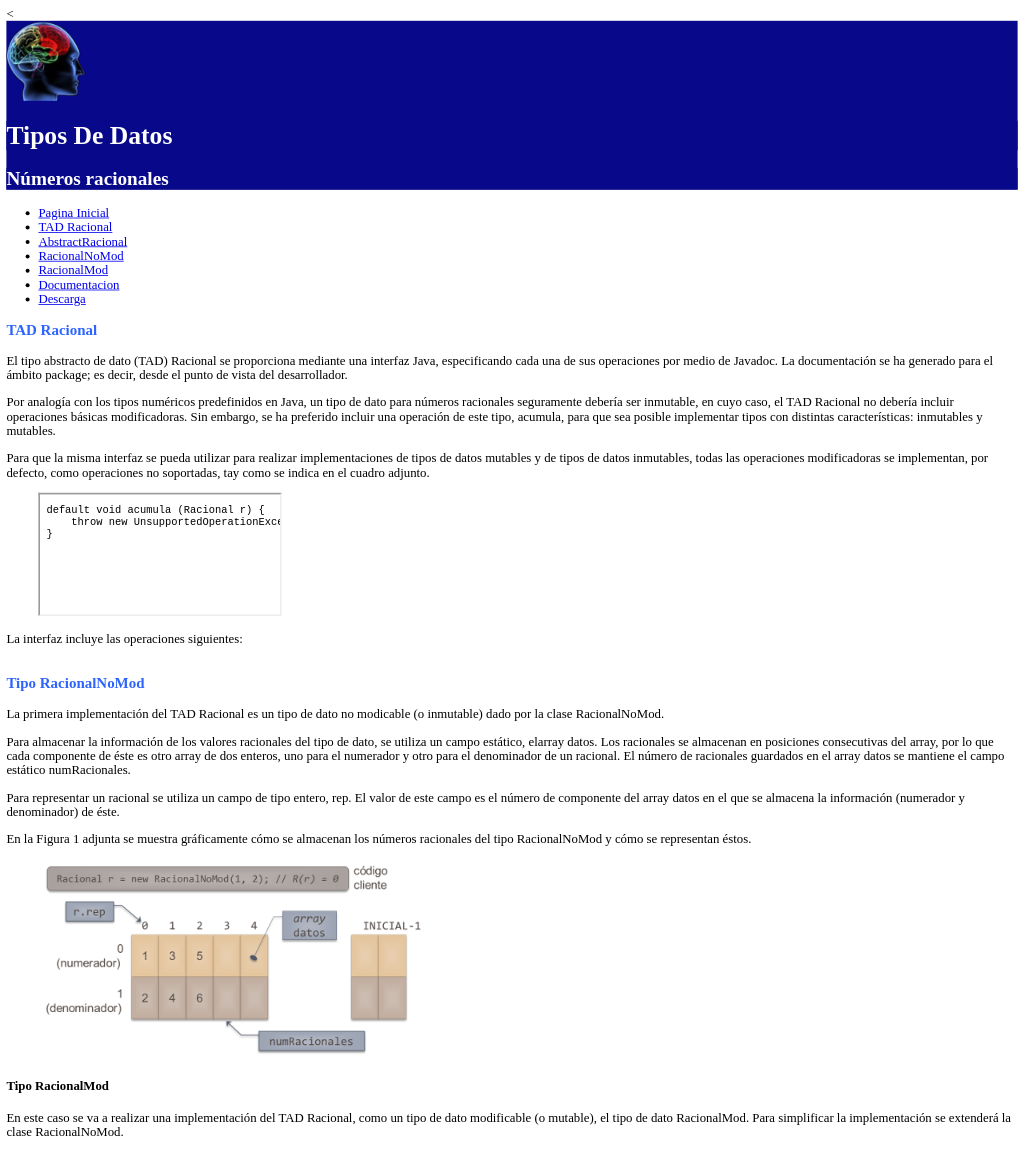
Repository: dgsama/Curso17
Page: SEW/WorkSpace/Practica02/html/index.html
An editor plug-in stored every save of this project. The page is shown before and after the next save, followed by the edit.
The browser window is 1280 px wide. The pictures show the whole page, at 80% of full size.

Above is the page before, as saved 2016-10-05 10:39:43.

### SEW/WorkSpace/Practica02/html/index.html
<!DOCTYPE html>
<html lang="es">
<head>
<meta http-equiv="Content-Type" content="text/html; charset=utf8">
<<link rel="stylesheet" type="text/css" href="css/estDatos.css">

<title>Tipo de Datos</title>
</head>
<body>
    <header>
        <img src="..\logo.png"> </img>
        <h1>Tipos De Datos</h1>
        <h2>Números racionales</h2>
    </header>

    <nav>
        <ul>
            <li><a href="index.html">Pagina Inicial</a></li>
            <li><a href="Racional.html">TAD Racional</a></li>
            <li><a href="AbstractRacional.html">AbstractRacional</a></li>
            <li><a href="RacionalNoMod.html">RacionalNoMod</a></li>
            <li><a href="RacionalMod.html">RacionalMod</a></li>
            <li><a href="Documentacion.html">Documentacion</a></li>
            <li><a href="Racionales.zip">Descarga</a></li>
        </ul>
    </nav>

    <section>
        <h3>TAD Racional</h3>
        <p>El tipo abstracto de dato (TAD) Racional se proporciona
            mediante una interfaz Java, especificando cada una de sus
            operaciones por medio de Javadoc. La documentación se ha
            generado para el ámbito package; es decir, desde el punto de
            vista del desarrollador.</p>
        <p>Por analogía con los tipos numéricos predefinidos en
            Java, un tipo de dato para números racionales seguramente
            debería ser inmutable, en cuyo caso, el TAD Racional no
            debería incluir operaciones básicas modificadoras. Sin
            embargo, se ha preferido incluir una operación de este tipo,
            acumula, para que sea posible implementar tipos con
            distintas características: inmutables y mutables.</p>
        <P>Para que la misma interfaz se pueda utilizar para
            realizar implementaciones de tipos de datos mutables y de
            tipos de datos inmutables, todas las operaciones
            modificadoras se implementan, por defecto, como operaciones
            no soportadas, tay como se indica en el cuadro adjunto.</p>

        <figure>
            <iframe src="..\noSoportado.html"> </iframe>
        </figure>

        <p>La interfaz incluye las operaciones siguientes:</p>
        <figure>
            <table>
            </table>
        </figure>

        <h3>Tipo RacionalNoMod</h3>
        <p>La primera implementación del TAD Racional es un tipo de
            dato no modicable (o inmutable) dado por la clase
            RacionalNoMod.</p>
        <p>Para almacenar la información de los valores racionales
            del tipo de dato, se utiliza un campo estático, elarray
            datos. Los racionales se almacenan en posiciones
            consecutivas del array, por lo que cada componente de éste
            es otro array de dos enteros, uno para el numerador y otro
            para el denominador de un racional. El número de racionales
            guardados en el array datos se mantiene el campo estático
            numRacionales.</p>
        <p>Para representar un racional se utiliza un campo de tipo
            entero, rep. El valor de este campo es el número de
            componente del array datos en el que se almacena la
            información (numerador y denominador) de éste.</p>
        <p>En la Figura 1 adjunta se muestra gráficamente cómo se
            almacenan los números racionales del tipo RacionalNoMod y
            cómo se representan éstos.</p>
        <figure>
            <img src="..\areaDatos.png">
        </figure>

        <h4>Tipo RacionalMod</h4>
        <p>En este caso se va a realizar una implementación del TAD
            Racional, como un tipo de dato modificable (o mutable), el
            tipo de dato RacionalMod. Para simplificar la implementación
            se extenderá la clase RacionalNoMod.</p>
    </section>


</body>

</html>

### SEW/WorkSpace/Practica02/html/css/estDatos.css
@charset "UTF-8";

#code iframe {
    width: 100%;
    height: 650px;
}

header {
    background-color: #08088A;
}

h1 {
    color: white;
    background-color: #08088A;
}

h2 {
    color: white;
    background-color: #08088A;
}

h3 {
    color: #2E64FE;
}

### SEW/WorkSpace/Practica02/noSoportado.html
<!DOCTYPE html>
<html xmlns="http://www.w3.org/1999/xhtml" lang="es" xml:lang="es">
<head>
<meta charset="UTF-8"/>
<title>Operación no soportada</title>
</head>
<body>
    <pre><code class="source" lang="en"
    xml:lang="en">default void acumula (Racional r) {
    throw new UnsupportedOperationException();
}</code></pre>
</body>
</html>

After the next save:
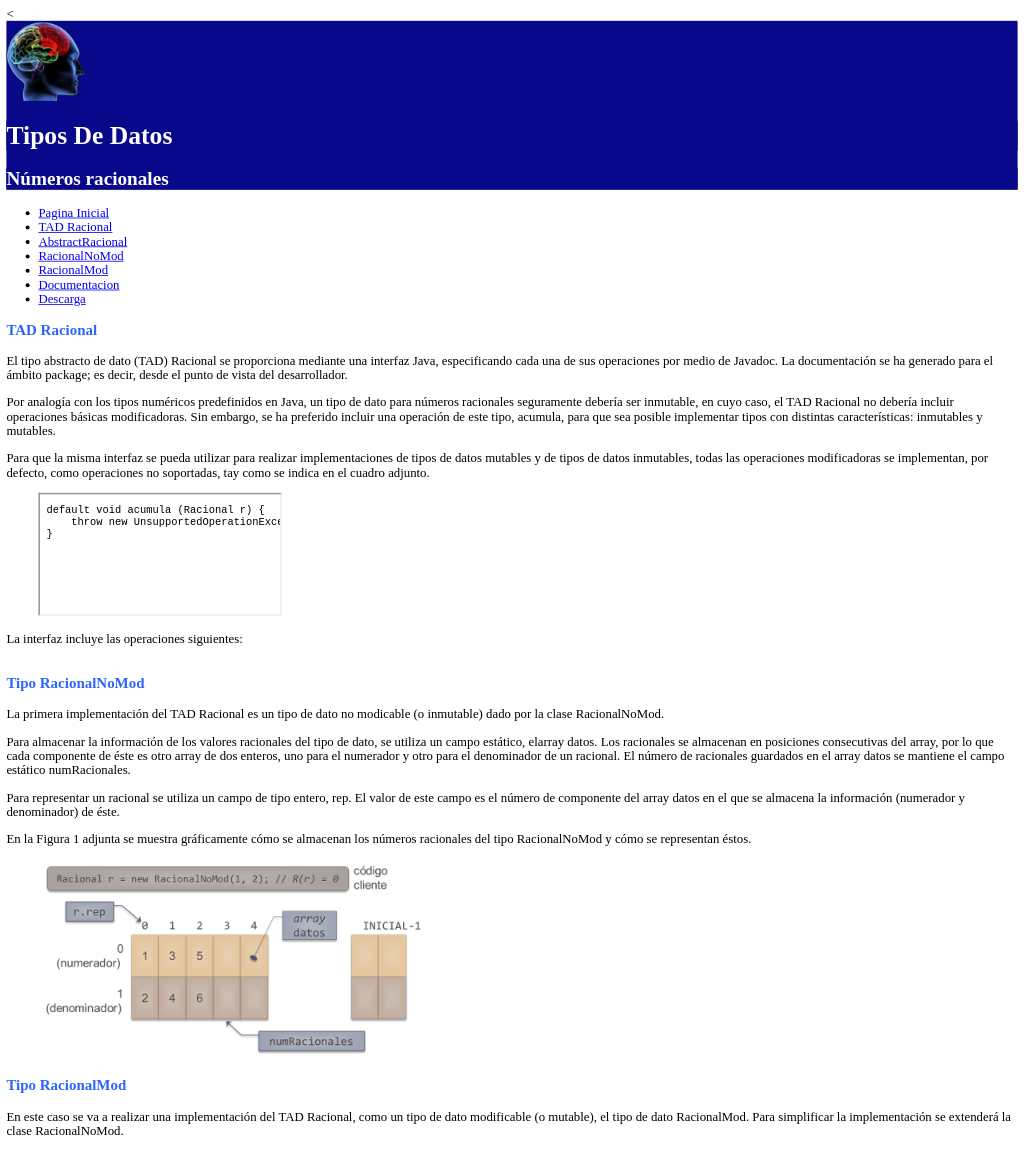
Saved 17 s later.
--- a/SEW/WorkSpace/Practica02/html/index.html
+++ b/SEW/WorkSpace/Practica02/html/index.html
@@ -78,7 +78,7 @@
             <img src="..\areaDatos.png">
         </figure>
 
-        <h4>Tipo RacionalMod</h4>
+        <h3>Tipo RacionalMod</h3>
         <p>En este caso se va a realizar una implementación del TAD
             Racional, como un tipo de dato modificable (o mutable), el
             tipo de dato RacionalMod. Para simplificar la implementación
